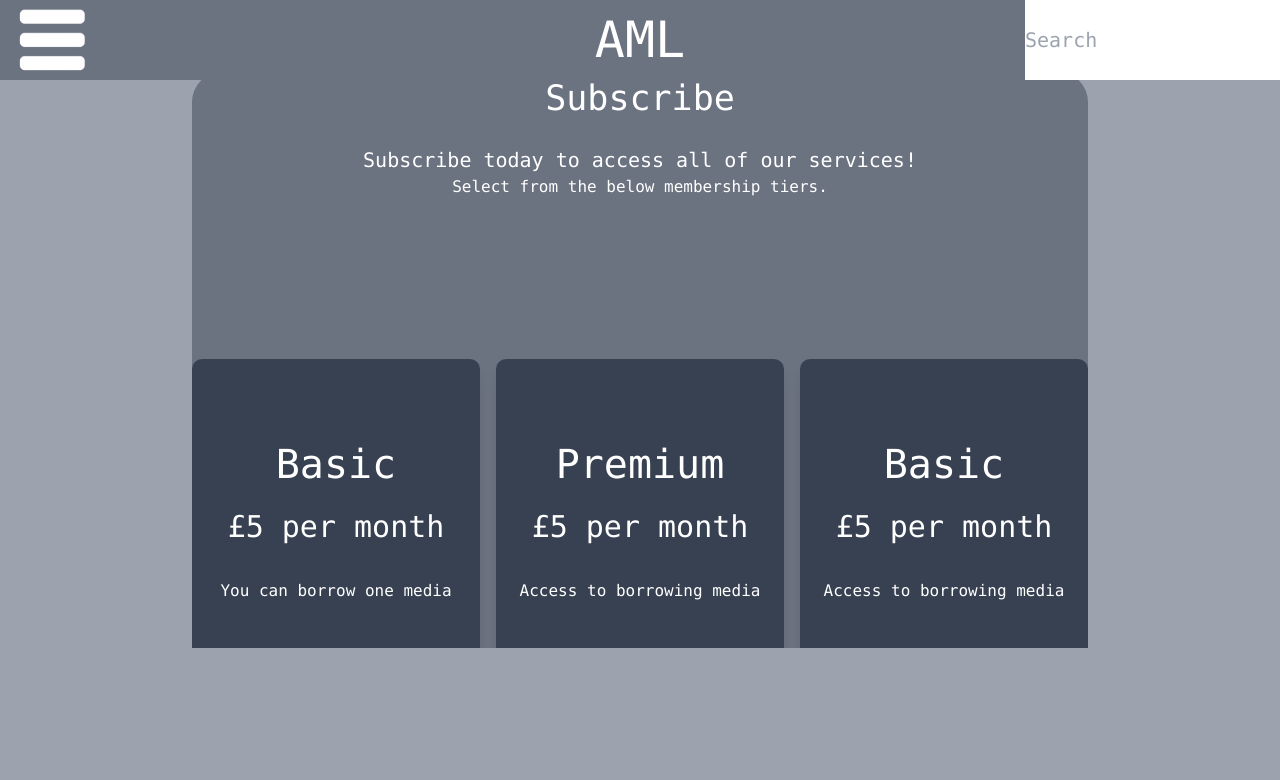
Repository: DuyKhanhDo/AML-Concept
Page: http://localhost/subscribe
The author's editor kept a copy of each file at every save. The page is drawn from the files as they stood at one save, then again after the next save.
The browser window is 1280 px wide. The pictures show the whole page.
Some web libraries are served in a nearby version. The page is served by the project's Laravel application, run on PHP 8.4 with Laravel 12. A made-up administrator, Test User (test@example.com), is signed in.

Above is the page before, as saved 2024-11-11 13:04:04.

After the next save:
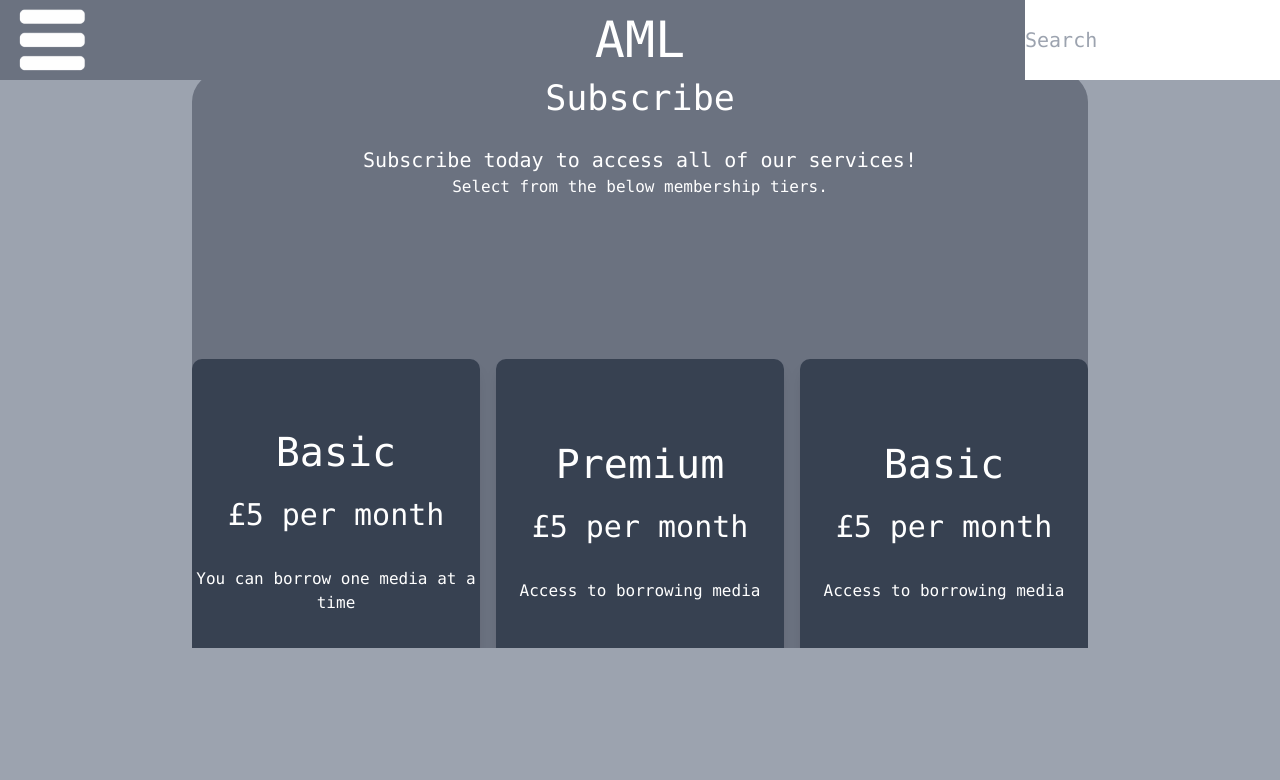
Saved 10 s later.
--- a/resources/views/subscribe.blade.php
+++ b/resources/views/subscribe.blade.php
@@ -6,7 +6,7 @@
                 <h3 class="text-[20px] mt-[20px]">Subscribe today to access all of our services!</h3>
                 <h5>Select from the below membership tiers.</h5>
                 <div class="flex overflow-x-auto w-full space-x-4 justify-center">
-                    <x-subscription-tier tier='Basic' price='£5' benefits='You can borrow one media '></x-subscription-tier>
+                    <x-subscription-tier tier='Basic' price='£5' benefits='You can borrow one media at a time'></x-subscription-tier>
                     <x-subscription-tier tier='Premium' price='£5' benefits='Access to borrowing media'></x-subscription-tier>
                     <x-subscription-tier tier='Basic' price='£5' benefits='Access to borrowing media'></x-subscription-tier>
                 </div>
